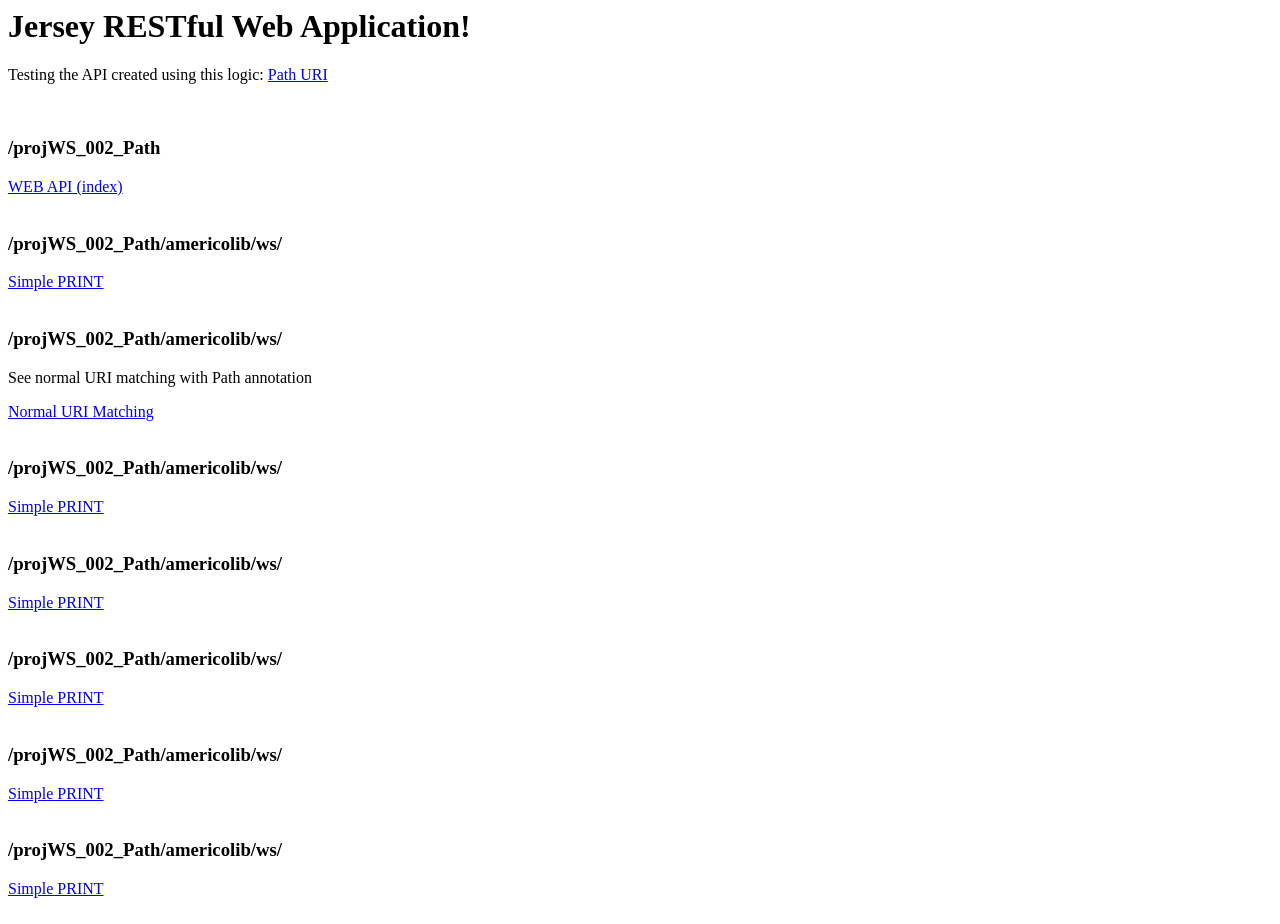
Repository: atafs/BackEnd_JAX-RS_REST_2continue
Page: http://localhost/projWS_002_Path/
The author's editor kept a copy of each file at every save. The page is drawn from the files as they stood at one save, then again after the next save.
The browser window is 1280 px wide. The pictures show the whole page.
The page is served by Tomcat 9. Other server files are loaded and not shown.

Above is the page before, as saved 2016-05-02 11:18:35.

### projWS_002_Path/src/main/webapp/index.jsp
<html>
<body>
    <!-- TITLE -->
	<h1>Jersey RESTful Web Application!</h1>


	<!-- TXT -->
	<p>Testing the API created using this logic:
		<a href="http://www.mkyong.com/webservices/jax-rs/jax-rs-path-uri-matching-example/">Path URI</a>
	</p><br/>

	<!-- LINKS -->
	<h3>/projWS_002_Path</h3>
	<a href="http://localhost:8085/projWS_002_Path/">WEB API (index)</a><br/><br/>

	<h3>/projWS_002_Path/americolib/ws/</h3>
	<a href="http://localhost:8085/projWS_002_Path/americolib/ws/">Simple PRINT</a><br/><br/>





	<h3>/projWS_002_Path/americolib/ws/</h3>
	<p>See normal URI matching with Path annotation</p>
	<a href="http://localhost:8085/projWS_002_Path/americolib/ws/vip">Normal URI Matching</a><br/><br/>

	<h3>/projWS_002_Path/americolib/ws/</h3>
	<a href="http://localhost:8085/projWS_002_Path/americolib/ws/">Simple PRINT</a><br/><br/>

	<h3>/projWS_002_Path/americolib/ws/</h3>
	<a href="http://localhost:8085/projWS_002_Path/americolib/ws/">Simple PRINT</a><br/><br/>

	<h3>/projWS_002_Path/americolib/ws/</h3>
	<a href="http://localhost:8085/projWS_002_Path/americolib/ws/">Simple PRINT</a><br/><br/>

	<h3>/projWS_002_Path/americolib/ws/</h3>
	<a href="http://localhost:8085/projWS_002_Path/americolib/ws/">Simple PRINT</a><br/><br/>

	<h3>/projWS_002_Path/americolib/ws/</h3>
	<a href="http://localhost:8085/projWS_002_Path/americolib/ws/">Simple PRINT</a><br/><br/>


</body>
</html>

After the next save:
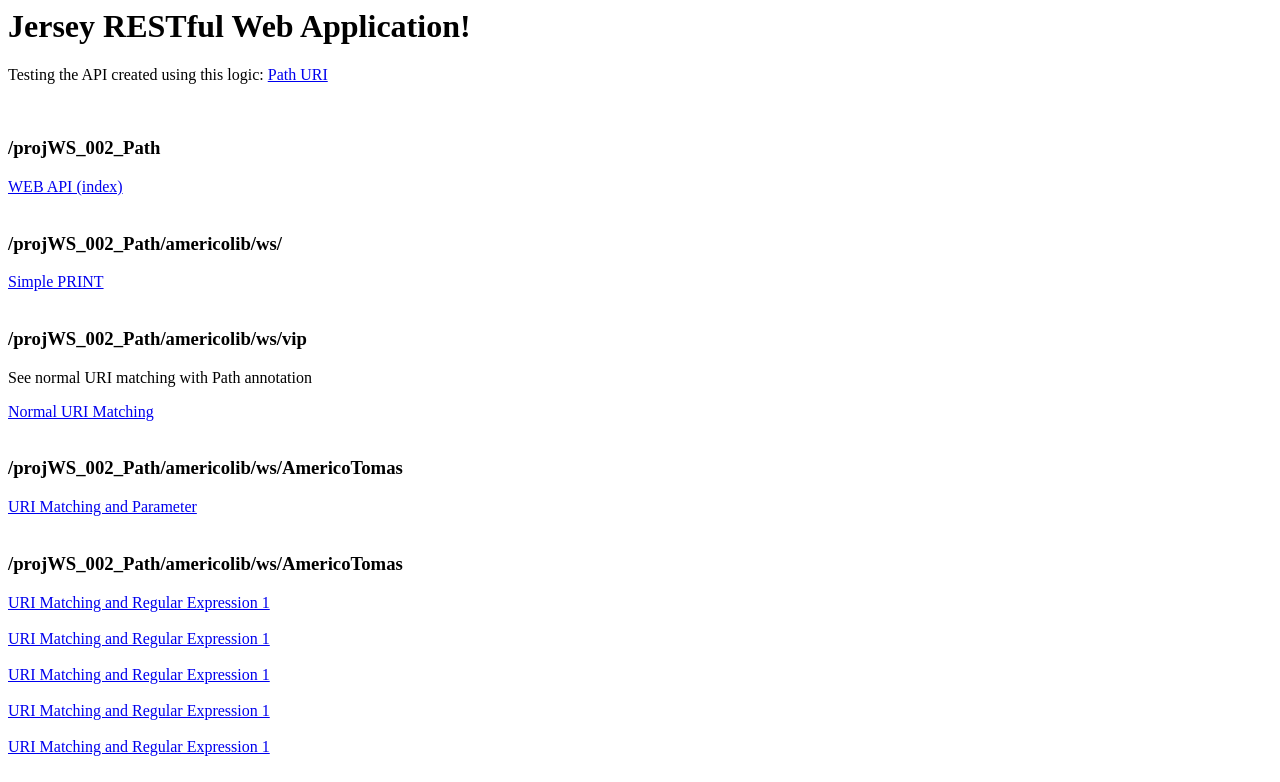
Saved 4 min 5 s later.
--- a/projWS_002_Path/src/main/webapp/index.jsp
+++ b/projWS_002_Path/src/main/webapp/index.jsp
@@ -16,28 +16,19 @@
 	<h3>/projWS_002_Path/americolib/ws/</h3>
 	<a href="http://localhost:8085/projWS_002_Path/americolib/ws/">Simple PRINT</a><br/><br/>
 
-
-
-
-
-	<h3>/projWS_002_Path/americolib/ws/</h3>
+	<h3>/projWS_002_Path/americolib/ws/vip</h3>
 	<p>See normal URI matching with Path annotation</p>
 	<a href="http://localhost:8085/projWS_002_Path/americolib/ws/vip">Normal URI Matching</a><br/><br/>
 
-	<h3>/projWS_002_Path/americolib/ws/</h3>
-	<a href="http://localhost:8085/projWS_002_Path/americolib/ws/">Simple PRINT</a><br/><br/>
+	<h3>/projWS_002_Path/americolib/ws/AmericoTomas</h3>
+	<a href="http://localhost:8085/projWS_002_Path/americolib/ws/AmericoTomas">URI Matching and Parameter</a><br/><br/>
 
-	<h3>/projWS_002_Path/americolib/ws/</h3>
-	<a href="http://localhost:8085/projWS_002_Path/americolib/ws/">Simple PRINT</a><br/><br/>
-
-	<h3>/projWS_002_Path/americolib/ws/</h3>
-	<a href="http://localhost:8085/projWS_002_Path/americolib/ws/">Simple PRINT</a><br/><br/>
-
-	<h3>/projWS_002_Path/americolib/ws/</h3>
-	<a href="http://localhost:8085/projWS_002_Path/americolib/ws/">Simple PRINT</a><br/><br/>
-
-	<h3>/projWS_002_Path/americolib/ws/</h3>
-	<a href="http://localhost:8085/projWS_002_Path/americolib/ws/">Simple PRINT</a><br/><br/>
+	<h3>/projWS_002_Path/americolib/ws/AmericoTomas</h3>
+	<a href="http://localhost:8085/projWS_002_Path/americolib/ws/999">URI Matching and Regular Expression 1</a><br/><br/>
+	<a href="http://localhost:8085/projWS_002_Path/americolib/ws/123456">URI Matching and Regular Expression 1</a><br/><br/>
+	<a href="http://localhost:8085/projWS_002_Path/americolib/ws/username/aaa">URI Matching and Regular Expression 1</a><br/><br/>
+	<a href="http://localhost:8085/projWS_002_Path/americolib/ws/username/a9">URI Matching and Regular Expression 1</a><br/><br/>
+	<a href="http://localhost:8085/projWS_002_Path/americolib/ws/books/999">URI Matching and Regular Expression 1</a><br/><br/>
 
 
 </body>
